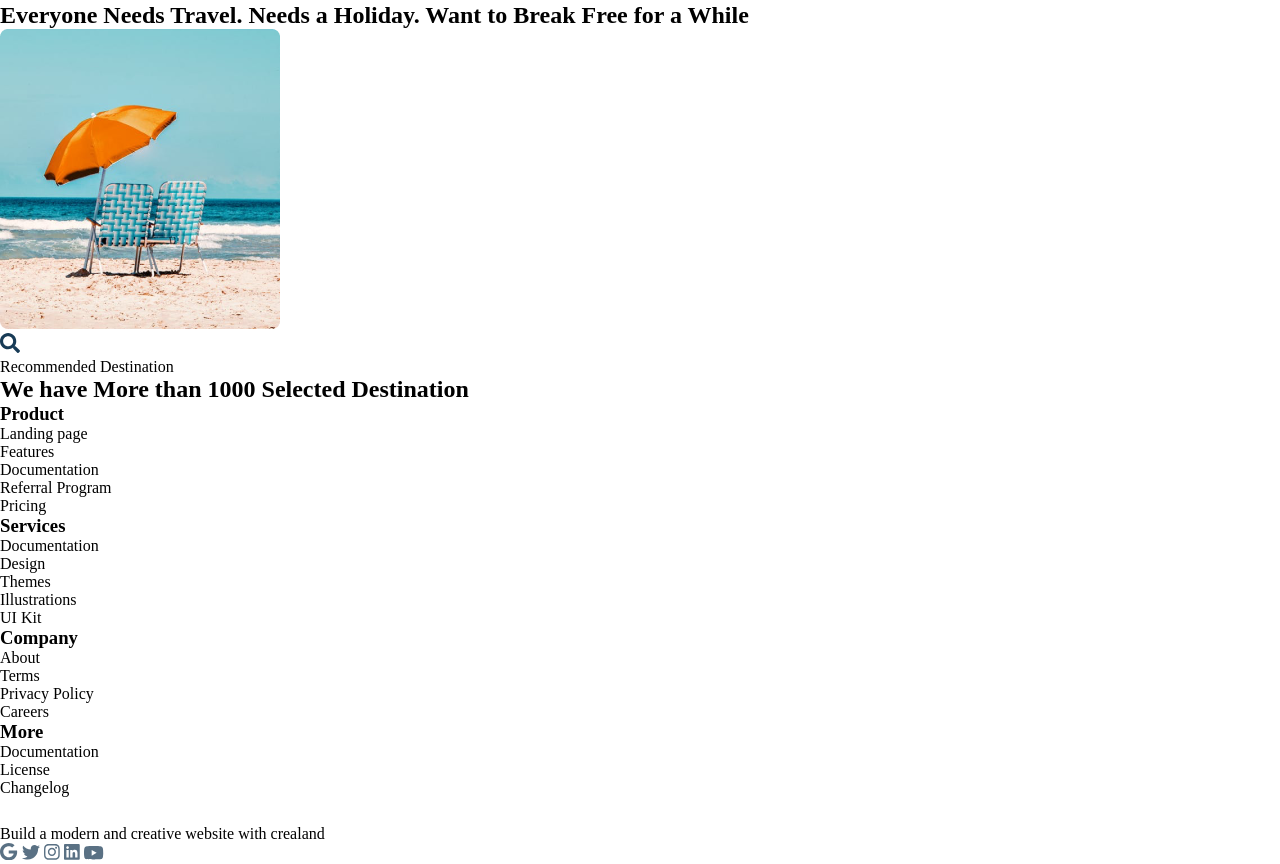
Repository: daviHmoraes/frontcomtailwind
Page: index.html
These files come from the project's save history. The page is drawn as it stood at one moment and after the next save; the edit follows.
The browser window is 1280 px wide. The pictures show the part of the page from y = 3904 to 4786 px (the page is 4768 px tall before and 4786 px after).
A picture or video elsewhere on the page could not be fetched, so the positions and the page height are approximate.

Above is the page before, as saved 2026-08-31 18:20:53.

### index.html
<!DOCTYPE html>
<html lang="en">
<head>
    <meta charset="UTF-8">
    <meta name="viewport" content="width=device-width, initial-scale=1.0">
    <title>Ehya - Home Page</title>
    <link rel="stylesheet" href="/css/style.css">
</head>
<body>

    <header>

        <section class="header">
            <img src="/img/Logo.svg" alt="Ehya Company Logo">
            <img src="/img/hamburguer-menu.svg" alt="Hamburguer menu Icon">
        </section>

        <section class="hero">

            <div class="hero-content">
                <h1>
                    Start Exploring to
                    Find Inner Peace
                    by Traveling
                </h1>

                <p>
                    Lost yourself with Vacation and
                    Travel into the place that you never
                    visit before. We have thousand
                    places in our database for you.
                </p>
            </div>

            <div class="form-card">

                <img src="/img/background-image.png" alt="Beach Background Image">

                <h2>
                    You can start search here
                </h2>

                <p>
                    Find thousand destination for travelling
                    with best prices. Apply “EHYA50” Code
                    on Payment Process.
                </p>

                <form>
                    <label for="where">Where</label><br>
                    <input type="text" id="where" name="where"><br>

                    <label for="checkin">Check In</label><br>
                    <input type="date" id="checkin" name="checkin"><br>

                    <label for="checkout">Check Out</label><br>
                    <input type="date" id="checkout" name="checkout"><br>

                    <label for="guests">Guests</label><br>
                    <input type="text" id="guests" name="guests"><br>

                    <input type="submit" id="submit">
                </form>
            </div>

            <img src="/img/circle.svg" alt="Circle Around the Arrow Icon">
            <img src="/img/south-arrow.svg" alt="South Pointing Arrow">

        </section>
    </header>

    <main>

        <section class="benefits">
            <h2>
                Travelya Benefit
                for User
            </h2>

            <p>
                We are self-service data analytics
                software that lets you create visually
                appealing data visualizations and
                insightful dashboards in minutes.
            </p>

            <div class="cards">
                <div class="card">
                    <img src="/img/card-icon/cheap-icon.svg" alt="Label Icon">

                    <div class="card-content">
                        <h3>
                            Cheap than Other
                        </h3>
                        <p>
                            Travelya is cheaper than other
                            travel agency.
                        </p>
                    </div>
                </div>

                <div class="card">
                    <img src="/img/card-icon/secure-icon.png" alt="Shield Icon">

                    <div class="card-content">
                        <h3>
                            Secure Payment
                        </h3>
                        <p>
                            You can pay your book without
                            doubt again.
                        </p>
                    </div>
                </div>

                <div class="card">
                    <img src="/img/card-icon/free-icon.svg" alt="AC Icon">

                    <div class="card-content">
                        <h3>
                            Free Amenities
                        </h3>
                        <p>
                            We guarantee you can give free amenities wherever
                            you are.
                        </p>
                    </div>
                </div>

                <div class="card">
                    <img src="/img/card-icon/top-icon.svg" alt="Crown Icon">

                    <div class="card-content">
                        <h3>
                            Top Rated
                        </h3>
                        <p>
                            Only show best destination
                            with 1000+ super review user
                        </p>
                    </div>
                </div>

                <div class="card">
                    <img src="/img/card-icon/best-icon.svg" alt="Medal Icon">

                    <div class="card-content">
                        <h3>
                            Best Offers
                        </h3>
                        <p>
                            Inform you about all best
                            offers for all destination
                        </p>
                    </div>
                </div>

                <div class="card">
                    <img src="/img/card-icon/easy-icon.svg" alt="Like Icon">

                    <div class="card-content">
                        <h3>
                            Easy Book
                        </h3>
                        <p>
                            Follow flow, Click, Pay. Wait.
                            Just wait e-ticket
                        </p>
                    </div>
                </div>

                <div class="card">
                    <img src="/img/card-icon/refund-icon.svg" alt="Hands Shell Icon">

                    <div class="card-content">
                        <h3>
                            Fast Refund
                        </h3>
                        <p>
                            If you canceled. We can refund
                            your money 1x12
                        </p>
                    </div>
                </div>

                <div class="card">
                    <img src="/img/card-icon/support-icon.svg" alt="Headphone Icon">

                    <div class="card-content">
                        <h3>
                            24/7 Support
                        </h3>
                        <p>
                            We’re ready help you anytime
                            and anywhere you are.
                        </p>
                    </div>
                </div>
            </div>
        </section>

        <section class="popular-destinations">
            <h2>
                Popular Destinations
            </h2>

            <div class="destinations">
                <div class="destination">
                    <img src="/img/destinations/venice.png" alt="Aerial Footage of Venice - Italy">
                    <h3>
                        Venice, Italy
                    </h3>
                    <p>
                        Travelling into the popular river in Italy
                    </p>
                    <button class="see-offers">
                        See Offers
                    </button>
                </div>

                <div class="destination">
                    <img src="/img/destinations/paris.png" alt="Aerial Footage of Paris - France">
                    <h3>
                        Paris, France
                    </h3>
                    <p>
                        Romance in popular world landmark
                    </p>
                    <button class="see-offers">
                        See Offers
                    </button>
                </div>

                <div class="destination">
                    <img src="/img/destinations/bali.png" alt="Aerial Footage of Bali - Indonesia">
                    <h3>
                        Bali, Indonesia
                    </h3>
                    <p>
                        See best sunset ver in the world
                    </p>
                    <button class="see-offers">
                        See Offers
                    </button>
                </div>

                <div class="destination">
                    <img src="/img/destinations/bali.png" alt="Aerial Footage of Santorini - Greece">
                    <h3>
                        Santorini, Greece
                    </h3>
                    <p>
                        Visit the 1000 Gods Country
                    </p>
                    <button class="see-offers">
                        See Offers
                    </button>
                </div>
            </div>

            <div class="see-offers">
                <a href="#">See All Offers</a>
                <img src="/img/east-arrow.svg" alt="East Pointing Arrow">
            </div>
        </section>

        <section class="about-travelya">
            <h3>
                ABOUT TRAVELYA
            </h3>

            <h1>
                Everyone Needs Travel. Needs a Holiday.
                Want to Break Free for a While
            </h1>

            <img src="/img/recommended-destination.png" alt="Beach Umbrella Footage">

            <div>
                <img src="/img/search.svg" alt="Search Bloom Icon">
                <p>Recommended Destination</p>
            </div>

            <h2>
                We have More than 1000
                Selected Destination
            </h2>



        </section>

    </main>

    <footer>
        <div class="redirects">
            <article>
                <h3>Product</h3>
                <p>Landing page</p>
                <p>Features</p>
                <p>Documentation</p>
                <p>Referral Program</p>
                <p>Pricing</p>
            </article>

            <article>
                <h3>Services</h3>
                <p>Documentation</p>
                <p>Design</p>
                <p>Themes</p>
                <p>Illustrations</p>
                <p>UI Kit</p>
            </article>

            <article>
                <h3>Company</h3>
                <p>About</p>
                <p>Terms</p>
                <p>Privacy Policy</p>
                <p>Careers</p>
            </article>

            <article>
                <h3>More</h3>
                <p>Documentation</p>
                <p>License</p>
                <p>Changelog</p>
            </article>
        </div>

        <div class="footer-content">
            <img src="/img/logo.svg" alt="Logo da empresa Ehya">

            <p>
                Build a modern and creative website with crealand
            </p>

            <div class="contacts">
                <img src="/img/footer-icons/google.svg" alt="Redirect Contact Google icon">
                <img src="/img/footer-icons/twitter.svg" alt="Redirect Contact Twitter icon">
                <img src="/img/footer-icons/instagram.svg" alt="Redirect Contact Instagram icon">
                <img src="/img/footer-icons/linkedin.svg" alt="Redirect Contact Linkedin icon">
                <img src="/img/footer-icons/youtube.svg" alt="Redirect Contact Youtube icon">
            </div>

        </div>

    </footer>

</body>
</html>

### css/style.css
* {
    margin: 0;
    padding: 0;
    overflow-x: hidden;
}

After the next save:
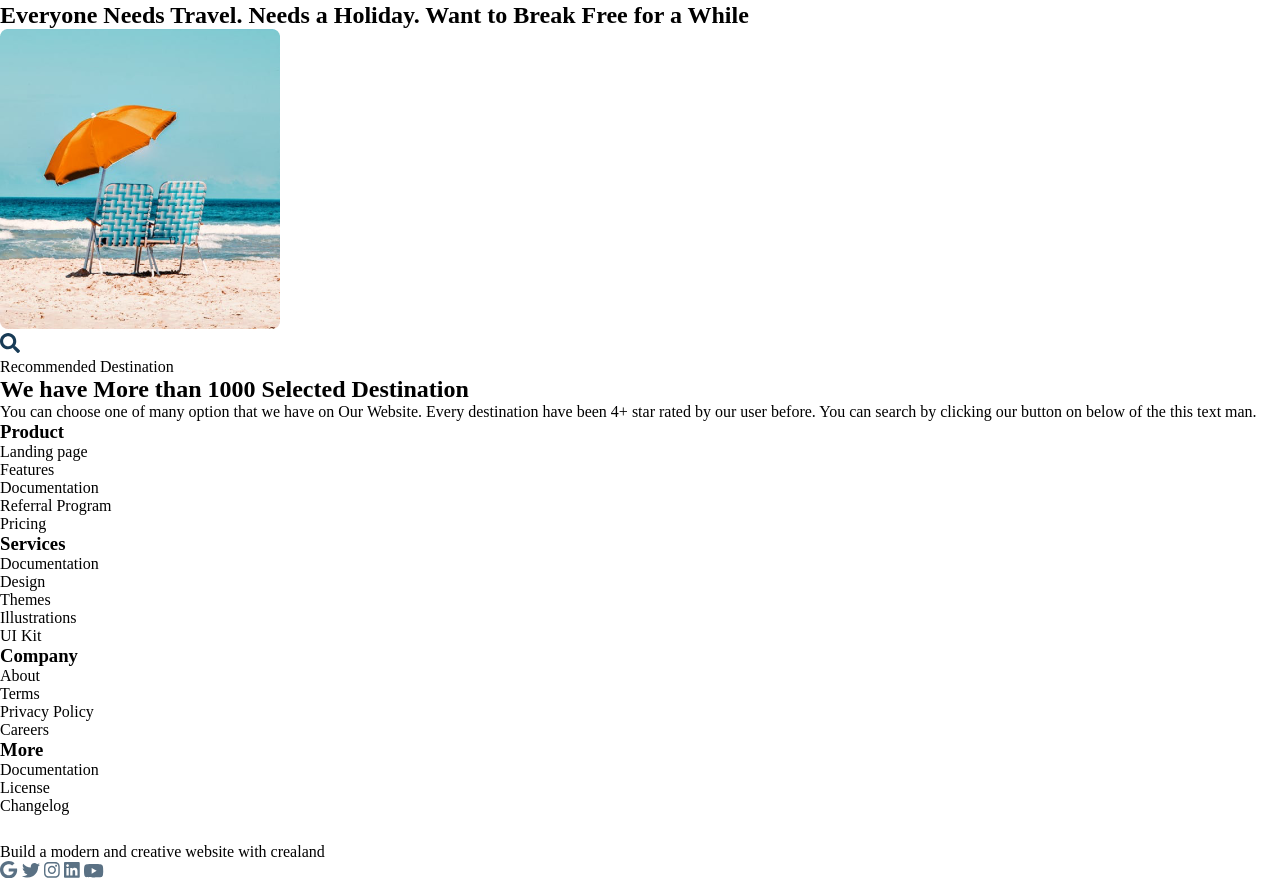
Saved 5 s later.
--- a/index.html
+++ b/index.html
@@ -286,7 +286,9 @@
                 Selected Destination
             </h2>
 
-
+            <p>
+                You can choose one of many option that we have on Our Website. Every destination have been 4+ star rated by our user before. You can search by clicking our button on below of the this text man.
+            </p>
 
         </section>
 
